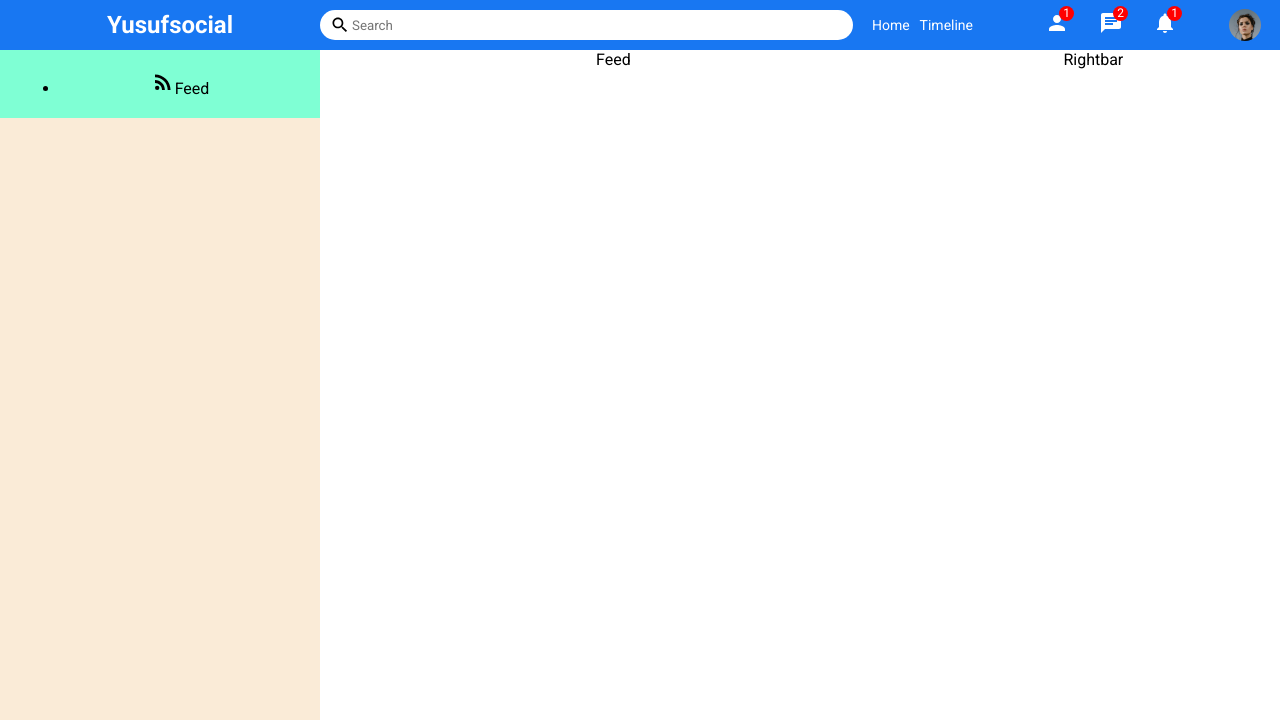
Repository: sevilgenysf/socialmediaapp
Page: /
An editor plug-in stored every save of this project. The page is shown before and after the next save, followed by the edit.
The browser window is 1280 px wide. The pictures show the whole page.
The project was rebuilt for these pictures with package versions that can differ from the ones it lists, and the page was loaded fresh each time.

Above is the page before, as saved 2022-02-16 20:01:13.

After the next save:
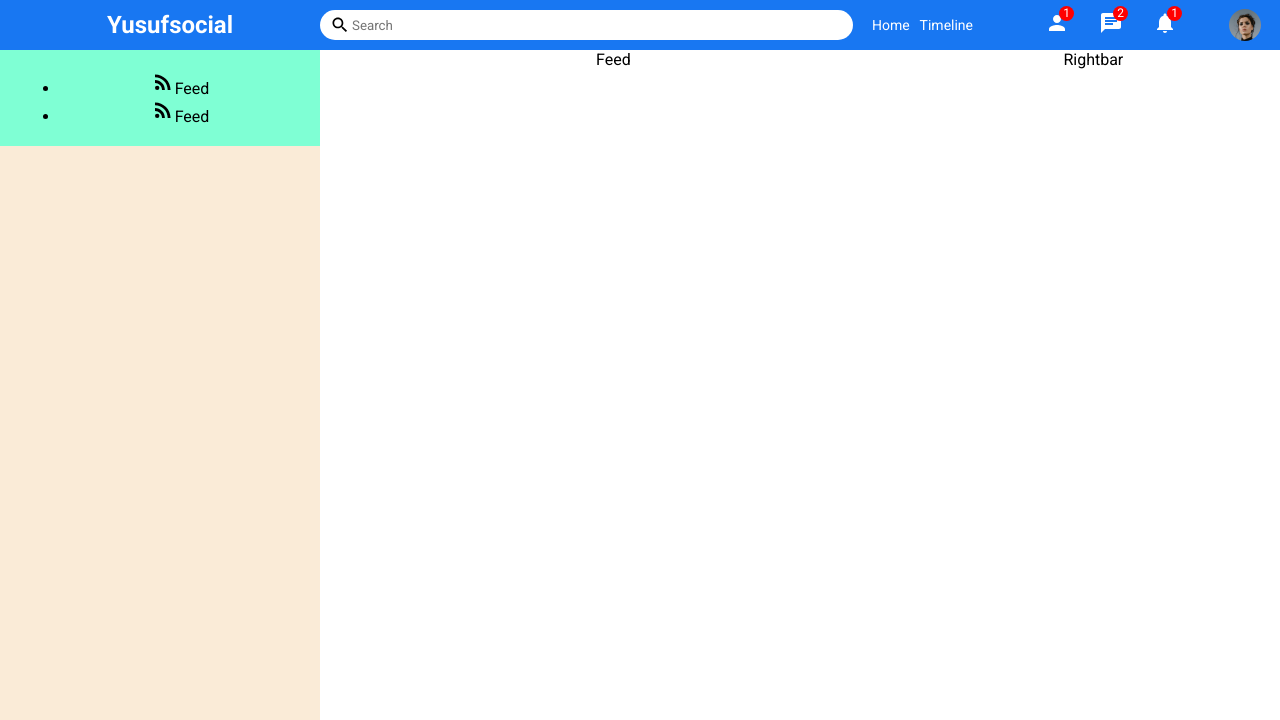
Saved 27 s later.
--- a/src/components/sidebar/Sidebar.jsx
+++ b/src/components/sidebar/Sidebar.jsx
@@ -11,6 +11,10 @@ const Sidebar = () => {
 						<RssFeed className="sidebarIcon" />
 						<span className="sidebarListItemText">Feed</span>
 					</li>
+					<li className="sidebarListItem">
+						<RssFeed className="sidebarIcon" />
+						<span className="sidebarListItemText">Feed</span>
+					</li>
 				</ul>
 			</div>
 		</div>
